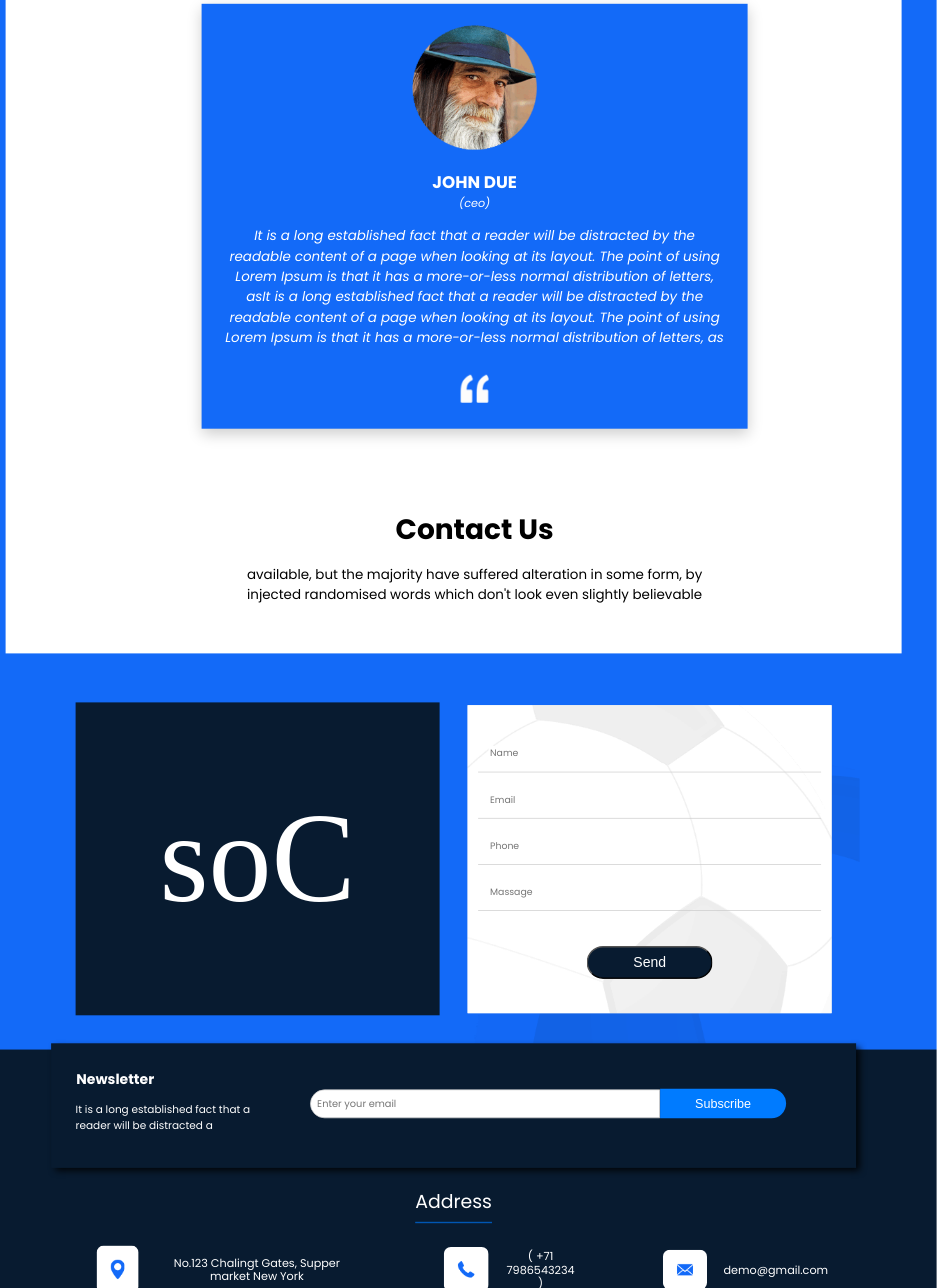
Repository: Vinicius9922/Projeto-Web
Page: index.html
An editor plug-in stored every save of this project. The page is shown before and after the next save, followed by the edit.
The browser window is 1280 px wide. The page is 1338 px wide, so the pictures cover 1338 px, including what lies to the right of the window. The pictures show the part of the page from y = 2979 to 4819 px (the page is 4975 px tall before and 4950 px after), at 70% of full size.

Above is the page before, as saved 2024-12-14 13:16:10.

### index.html
<!DOCTYPE html>
<html>

<head>
    <meta charset="UTF-8">
    <meta name="viewport" content="width=device-width, initial-scale=1.0">
    <link rel="stylesheet" href="index.css">
    <link rel="preconnect" href="https://fonts.googleapis.com">
    <link rel="preconnect" href="https://fonts.gstatic.com" crossorigin>
    <link
        href="https://fonts.googleapis.com/css2?family=Lora:ital,wght@0,400..700;1,400..700&family=Poppins:ital,wght@0,100;0,200;0,300;0,400;0,500;0,600;0,700;0,800;0,900;1,100;1,200;1,300;1,400;1,500;1,600;1,700;1,800;1,900&display=swap"
        rel="stylesheet">
    <title>Index</title>
</head>

<body class="main-layout">
    <header>
        <div class="header">
            <div class="container">
                <div class="logo"><img src="img/logo.png" alt="logo"></div>
                <div class="navBar">
                    <nav>
                        <ul class="menuNav">
                            <li>HOME</li>
                            <li>ABOUT</li>
                            <li>TESTMONIAL</li>
                            <li>SHOP</li>
                            <li>CONTACT US</li>
                            <li><img id="lupa" src="img/search_icon.png"></li>
                        </ul>
                    </nav>
                </div>
            </div>
        </div>
    </header>
    <section>
        <div class="container">
            <div class="carroussel">
                <div class="textCarroussel">
                    <h1>Welcome to <strong class="color">Our Shop</strong></h1>
                    <p>There are many variations of passages of Lorem Ipsum available, but the majority have
                        suffered
                        alteration in some form, by injected humour</p>
                    <button class="botao-carrossel">Buy Now</button>
                    <button class="botao-carrossel">About</button>
                </div>
            </div>
            <div class="img-carroussel">
                <div>
                    <figure><img id="img-carroussel" src="img/boksing-gloves.png" alt="img" /></figure>
                </div>
            </div>
        </div>
    </section>

    <div class="parte branca">
        <h1>Our <span>Products</span></h1>
        <p>There are many variations of passages of Lorem ipsum available, but the majority have suffered alteration in
            some form, by injected randomised words wich don't look even slightly believable</p>
    </div>

    <div class="container3">

        <div class="imagem1">
            <img src="img/basketball.png" alt="bola">
            <p>$<span class="valor">50</span></p>
            <p class="p1">Basket ball</p>
        </div>
        <div class="imagem2">
            <img src="img/t-shirt.png" alt="camiseta">
            <p>$<span class="valor">50</span></p>
            <p class="p1">T-shirt</p>
        </div>
        <div class="imagem3">
            <img src="img/game.png" alt="game">
            <p>$<span class="valor">50</span></p>
            <p class="p1">Game</p>
        </div>
        <div class="imagem4">
            <img src="img/basketball.png" alt="bola">
            <p>$<span class="valor">50</span></p>
            <p class="p1">Basket ball</p>
        </div>
        <div class="imagem5">
            <img src="img/t-shirt.png" alt="camiseta">
            <p>$<span class="valor">50</span></p>
            <p class="p1">T-shirt</p>
        </div>
        <div class="imagem6">
            <img src="img/game.png" alt="game">
            <p>$<span class="valor">50</span></p>
            <p class="p1">game</p>
        </div>

    </div>
    <div class="branca2">
        <h1> About <span>Us</span></h1>
        <p>There are many variations of passages of Lorem ipsum available, but the majority have suffered alteration in
            same form, by injected randomised words which dont´t look even slightly believable</p>
    </div>

    <div class="shield">
        <div class="texto-shield">
            <h1 class="textobranco">Best sports item shop our</h1>
            <p class="p2">There are many variations of passages of Lorem Ipsum available, but the majority have suffered
                alteration in some form, by injected randomised words which don't look even slightly believableThere are
                many variations of passages of Lorem Ipsum available, but the majority have suffered alteration in some
                form, by injected randomised words which don't look even slightly believable</p>

            <div class="btn_main">
                <a class="botao" href="#" role="button">Read More</a>
            </div>
        </div>
        <div class="child">
            <figure><img src="img/child-image.png">
            </figure>
        </div>
    </div>

    <!-- aaaaaaaaaaaaaaaaaaaa -->
    <div class="testimonial-contato">
        <div class="testominal">
            <h2> Testmonial</h2>
            <span>available, but the majority have suffered alteration in some form, by
                injected randomised words which don't look even slightly believable</span>
        </div>

        <div class="Jao">
            <div class="john_image"><img src="img/john-image.png"></div>
            <div class="john_text"><span class="name"><strong>JOHN DUE</strong></span><span class="role">(ceo)</span></div>
            <p class="texto-generico">It is a long established fact that a reader will be distracted by the readable
                content of a page when looking at its layout. The point of using Lorem Ipsum is that it has a
                more-or-less normal distribution of letters, asIt is a long established fact that a reader will be
                distracted by the readable content of a page when looking at its layout. The point of using Lorem Ipsum
                is that it has a more-or-less normal distribution of letters, as </p>
            <div class="icon_image"><img src="img/icon-1.png"></div>
        </div>

        <div class="Contato">
            <h2><bold>Contact</bold> Us</h2>
            <span>available, but the majority have suffered alteration in some form, by
                injected randomised words which don't look even slightly believable</span>
        </div>
    </div>


    <!-- aaaaaaaaaaaaaaaaaaaa -->



    <div class="container2">
        <div class="formulario">
            <div class="box-left">
                <div class="soc">soC</div>
            </div>
            <div class="box-right">
                <form>
                    <div class="grupo-form">
                        <input type="text" class="form" placeholder="Name" name="Name">
                    </div>
                    <div class="grupo-form">
                        <input type="email" class="form" placeholder="Email" name="Email">
                    </div>
                    <div class="grupo-form">
                        <input type="text" class="form" placeholder="Phone" name="Phone">
                    </div>
                    <div class="grupo-form">
                        <input type="text" class="form" placeholder="Massage" name="mensagem">
                    </div>
                    <div class="send-button">
                        <button type="submit" class="botao-env">Send</button>
                    </div>
                </form>
            </div>
        </div>
        <div class="box-down">
            <div class="text-news">
                <h2 class="Newsletter">Newsletter</h2>
                <p class="text-newsletter">It is a long established fact that a reader will be distracted a</p>
            </div>
            <div class="email-news">
                <input type="email" class="news-email" placeholder="Enter your email" name="Email">
            </div>
            <div class="Subscribe">
                <button class="subs-button" type="Subscribe">Subscribe</button>
            </div>
        </div>

        <div class="footer">
            <div>
                <div>
                    <div>
                        <div class="titulo">
                            <h2 class="titulo_texto">Address</h2>
                        </div>
                    </div>
                </div>
            </div>
            <div class="endereco">
                <div>
                    <div class="icones">
                        <div class="site_info">
                            <div class="img-icon">
                                <span class="info_icon"><img src="img/map-icon.png" /></span>
                            </div>
                            <span>No.123 Chalingt Gates, Supper market New York</span>
                        </div>
                    </div>
                    <div class="icones">
                        <div class="site_info">
                            <div class="img-icon">
                                <span class="info_icon"><img src="img/phone-icon.png" /></span>
                            </div>
                            <span>( +71 7986543234 )</span>
                        </div>
                    </div>
                    <div class="icones">
                        <div class="site_info">
                            <div class="img-icon">
                                <span class="info_icon"><img src="img/email-icon.png" /></span>
                            </div>
                            <span>demo@gmail.com</span>
                        </div>
                    </div>
                </div>
            </div>

            <div class="menu_main">
                <div class="menu_text">
                    <ul>
                        <li>Home</li>
                        <li>About</li>
                        <li>Testmonial</li>
                        <li>Shop</li>
                        <li>Contact Us</li>
                    </ul>
                </div>
            </div>
        </div>
        <div class="last-info">
            <div class="trademark">
                <p>© 2019 All Rights Reserved. Design by Free Html Templates</p>
            </div>
        </div>
    </div>

</body>

</html>

Loaded but not shown: index.css (579 lines, source omitted)

After the next save:
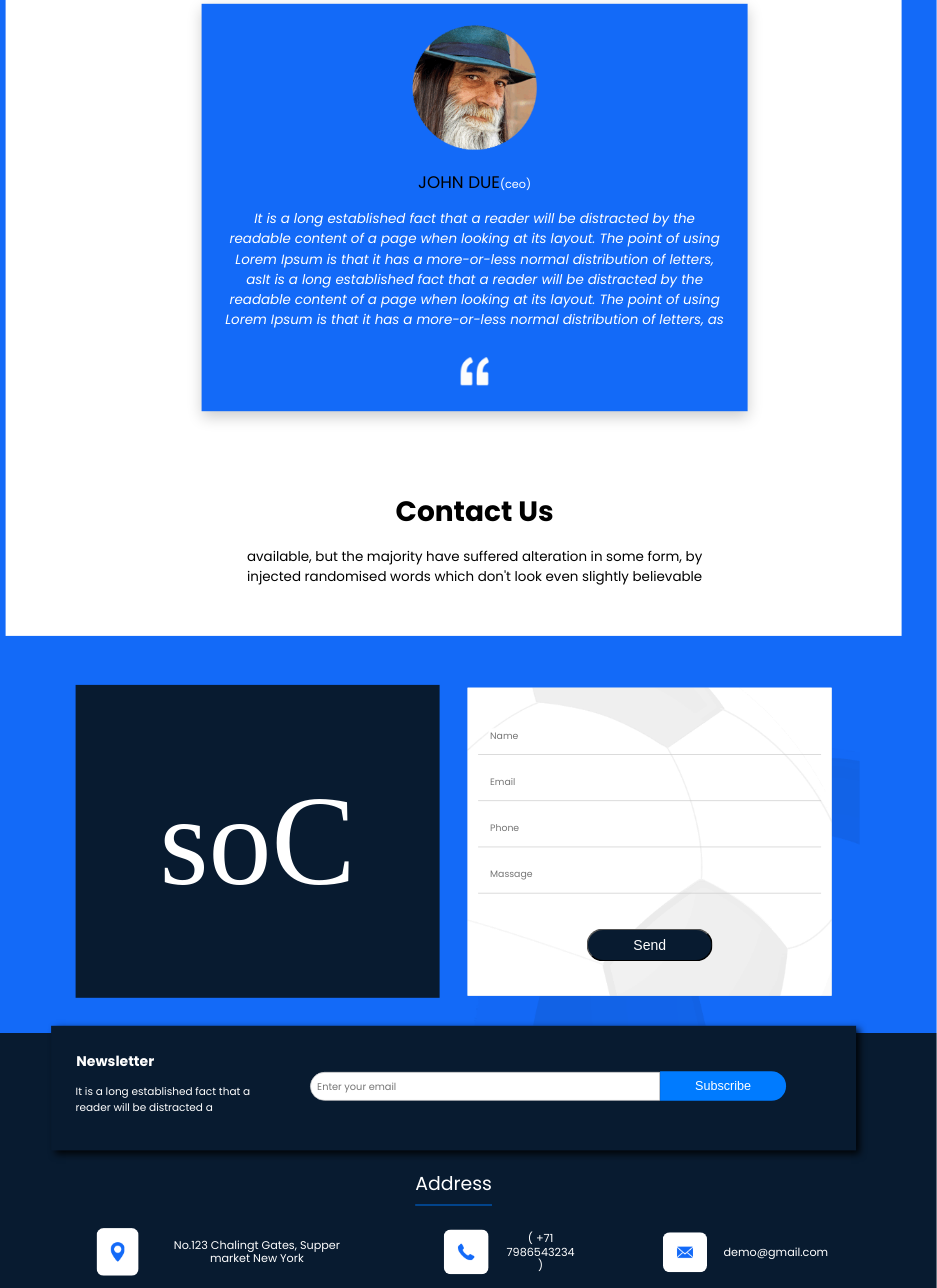
Saved 37 s later.
--- a/index.html
+++ b/index.html
@@ -127,7 +127,7 @@
 
         <div class="Jao">
             <div class="john_image"><img src="img/john-image.png"></div>
-            <div class="john_text"><span class="name"><strong>JOHN DUE</strong></span><span class="role">(ceo)</span></div>
+            <div class="john_text"><span class="name">JOHN DUE</span><span class="">(ceo)</span></div>
             <p class="texto-generico">It is a long established fact that a reader will be distracted by the readable
                 content of a page when looking at its layout. The point of using Lorem Ipsum is that it has a
                 more-or-less normal distribution of letters, asIt is a long established fact that a reader will be

After the save that followed:
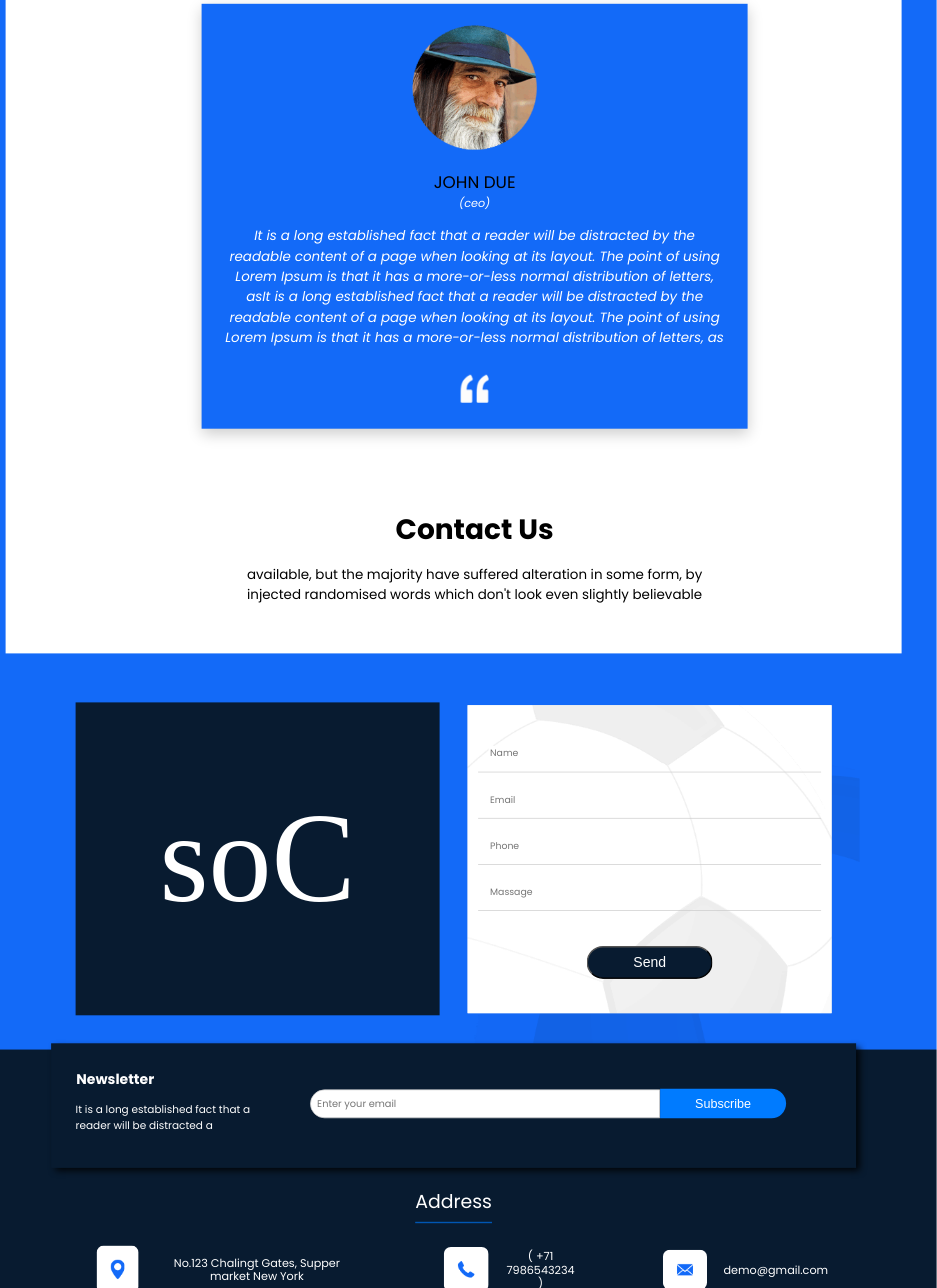
Saved 6 s later.
--- a/index.html
+++ b/index.html
@@ -127,7 +127,7 @@
 
         <div class="Jao">
             <div class="john_image"><img src="img/john-image.png"></div>
-            <div class="john_text"><span class="name">JOHN DUE</span><span class="">(ceo)</span></div>
+            <div class="john_text"><span class="name">JOHN DUE</span><span class="role">(ceo)</span></div>
             <p class="texto-generico">It is a long established fact that a reader will be distracted by the readable
                 content of a page when looking at its layout. The point of using Lorem Ipsum is that it has a
                 more-or-less normal distribution of letters, asIt is a long established fact that a reader will be
